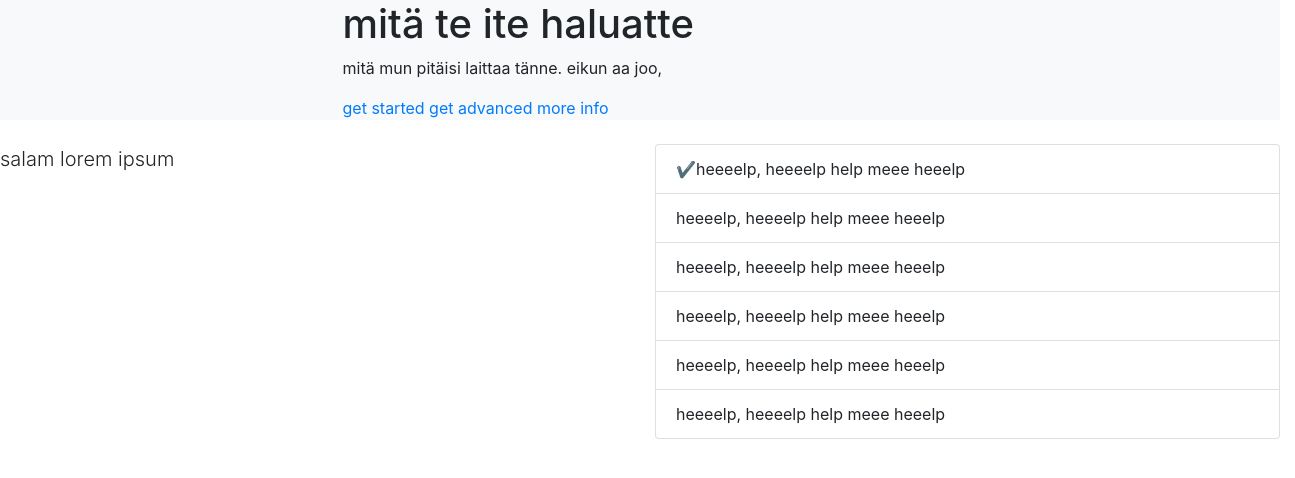
Repository: jessehapuli/jessehapuli.github.io
Page: Bootstrap/index.html
The author's editor kept a copy of each file at every save. The page is drawn from the files as they stood at one save, then again after the next save.
The browser window is 1280 px wide. The page is 1295 px wide, so the pictures cover 1295 px, including what lies to the right of the window. The pictures show the whole page.

Above is the page before, as saved 2024-04-24 10:31:23.

### Bootstrap/index.html
<!doctype html>
<html lang="en">
  <head>
    <!-- Required meta tags -->
    <meta charset="utf-8">
    <meta name="viewport" content="width=device-width, initial-scale=1, shrink-to-fit=no">

    <!-- Bootstrap CSS -->
    <link rel="stylesheet" href="https://cdn.jsdelivr.net/npm/bootstrap@4.6.2/dist/css/bootstrap.min.css" integrity="sha384-xOolHFLEh07PJGoPkLv1IbcEPTNtaed2xpHsD9ESMhqIYd0nLMwNLD69Npy4HI+N" crossorigin="anonymous">

    <title>Hello, world!</title>
  </head>
  <body>

    <section class="container-fluid bg-light">
      <div class="rov">
        <div class="offset-md-3 col-md-6">
          <h1>mitä te ite haluatte</h1>
          <p>mitä mun pitäisi laittaa tänne. eikun aa joo, </p>
          <a href="">get started</a>
          <a href="">get advanced</a>
          <a href="">more info</a>
        </div>
      </div>
    </section>

    <sectio class="container">
      <div class="row">
        <div class="col-md-6">
          <p class="lead">salam lorem ipsum</p>
        </div>
        <div class="col-md-6">
          <ul class="list-group">
            <li class="list-group-item"><span>&#10004;</span>heeeelp, heeeelp help meee heeelp</li>
            <li class="list-group-item">heeeelp, heeeelp help meee heeelp</li>
            <li class="list-group-item">heeeelp, heeeelp help meee heeelp</li>
            <li class="list-group-item">heeeelp, heeeelp help meee heeelp</li>
            <li class="list-group-item">heeeelp, heeeelp help meee heeelp</li>
            <li class="list-group-item">heeeelp, heeeelp help meee heeelp</li>
          </ul>
        </div>
      </div>
    </section>

    <!-- Optional JavaScript; choose one of the two! -->

    <!-- Option 1: jQuery and Bootstrap Bundle (includes Popper) -->
    <script src="https://cdn.jsdelivr.net/npm/jquery@3.5.1/dist/jquery.slim.min.js" integrity="sha384-DfXdz2htPH0lsSSs5nCTpuj/zy4C+OGpamoFVy38MVBnE+IbbVYUew+OrCXaRkfj" crossorigin="anonymous"></script>
    <script src="https://cdn.jsdelivr.net/npm/bootstrap@4.6.2/dist/js/bootstrap.bundle.min.js" integrity="sha384-Fy6S3B9q64WdZWQUiU+q4/2Lc9npb8tCaSX9FK7E8HnRr0Jz8D6OP9dO5Vg3Q9ct" crossorigin="anonymous"></script>

    <!-- Option 2: Separate Popper and Bootstrap JS -->
    <!--
    <script src="https://cdn.jsdelivr.net/npm/jquery@3.5.1/dist/jquery.slim.min.js" integrity="sha384-DfXdz2htPH0lsSSs5nCTpuj/zy4C+OGpamoFVy38MVBnE+IbbVYUew+OrCXaRkfj" crossorigin="anonymous"></script>
    <script src="https://cdn.jsdelivr.net/npm/popper.js@1.16.1/dist/umd/popper.min.js" integrity="sha384-9/reFTGAW83EW2RDu2S0VKaIzap3H66lZH81PoYlFhbGU+6BZp6G7niu735Sk7lN" crossorigin="anonymous"></script>
    <script src="https://cdn.jsdelivr.net/npm/bootstrap@4.6.2/dist/js/bootstrap.min.js" integrity="sha384-+sLIOodYLS7CIrQpBjl+C7nPvqq+FbNUBDunl/OZv93DB7Ln/533i8e/mZXLi/P+" crossorigin="anonymous"></script>
    -->
  </body>
</html>

After the next save:
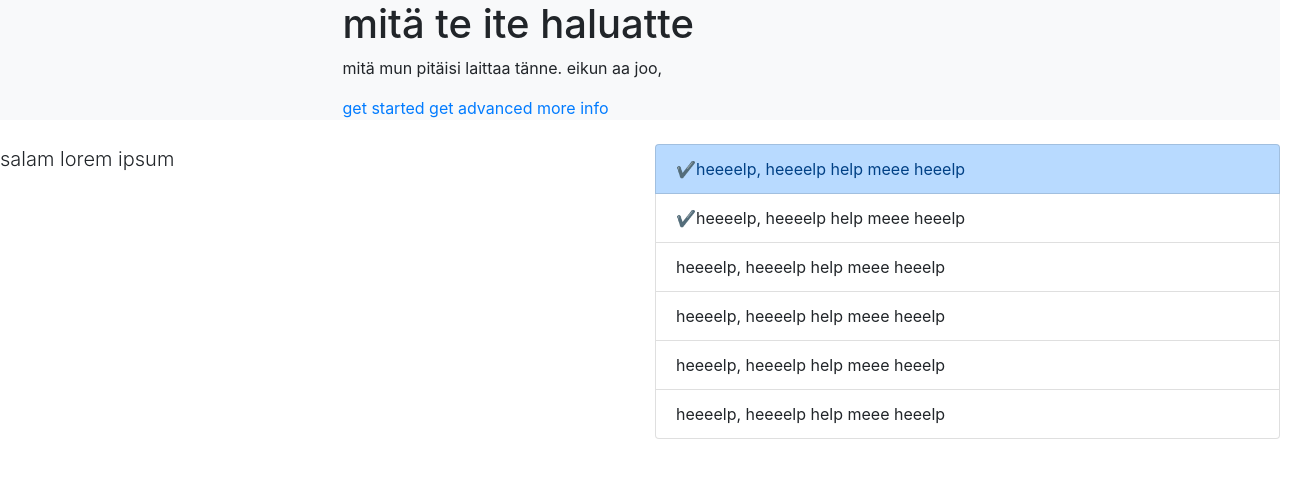
Saved 6 min 46 s later.
--- a/Bootstrap/index.html
+++ b/Bootstrap/index.html
@@ -31,8 +31,8 @@
         </div>
         <div class="col-md-6">
           <ul class="list-group">
+            <li class="list-group-item list-group-item-primary"><span>&#10004;</span>heeeelp, heeeelp help meee heeelp</li>
             <li class="list-group-item"><span>&#10004;</span>heeeelp, heeeelp help meee heeelp</li>
-            <li class="list-group-item">heeeelp, heeeelp help meee heeelp</li>
             <li class="list-group-item">heeeelp, heeeelp help meee heeelp</li>
             <li class="list-group-item">heeeelp, heeeelp help meee heeelp</li>
             <li class="list-group-item">heeeelp, heeeelp help meee heeelp</li>
